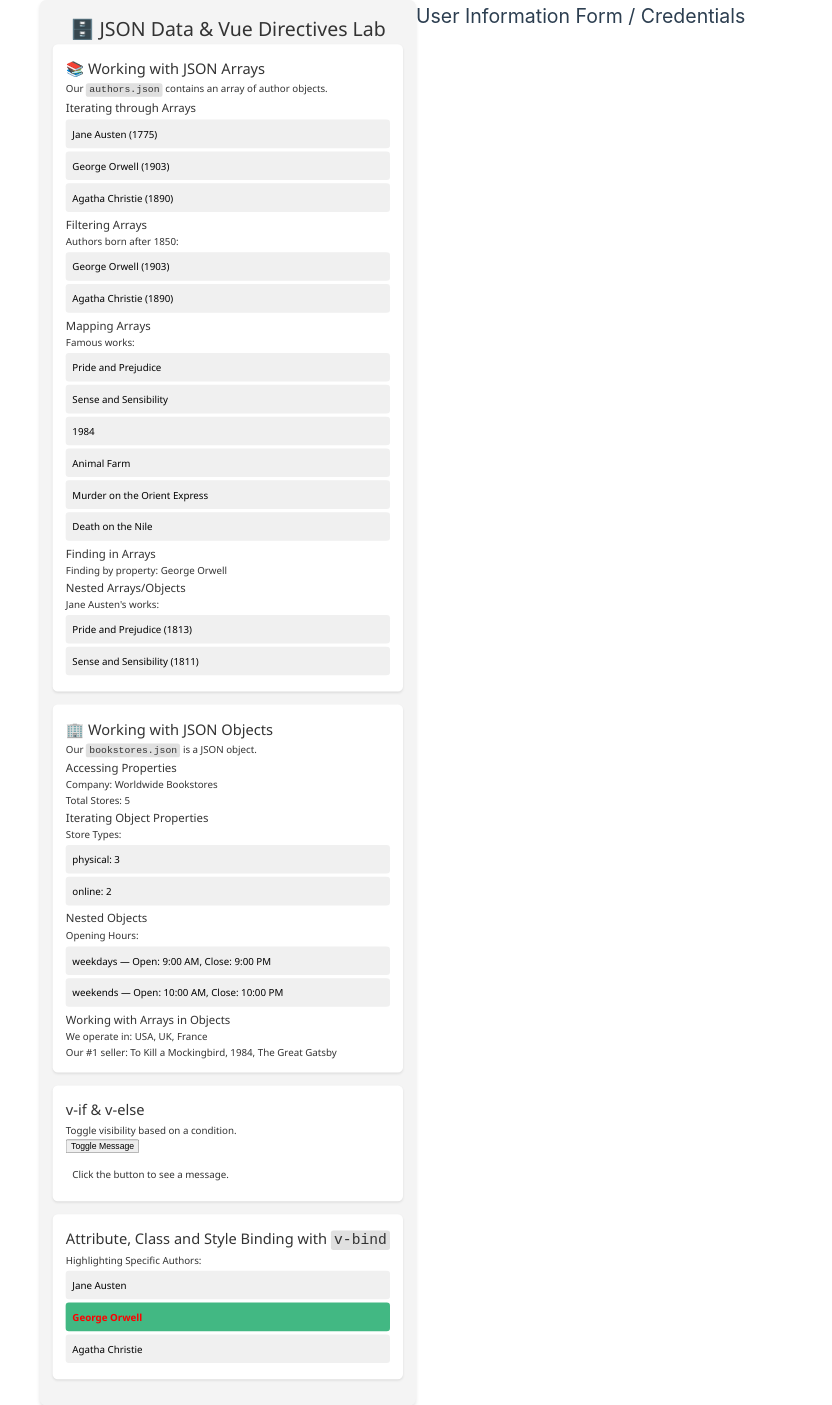
Repository: Andrew-JX/mji-library
Page: /
An editor plug-in stored every save of this project. The page is shown before and after the next save, followed by the edit.
The browser window is 1280 px wide. The pictures show the whole page, at 65% of full size.
The project was rebuilt for these pictures with package versions that can differ from the ones it lists, and the page was loaded fresh each time. Also part of the build but not shown: vite.config.js.

Above is the page before, as saved 2025-08-11 22:51:55.

After the next save:
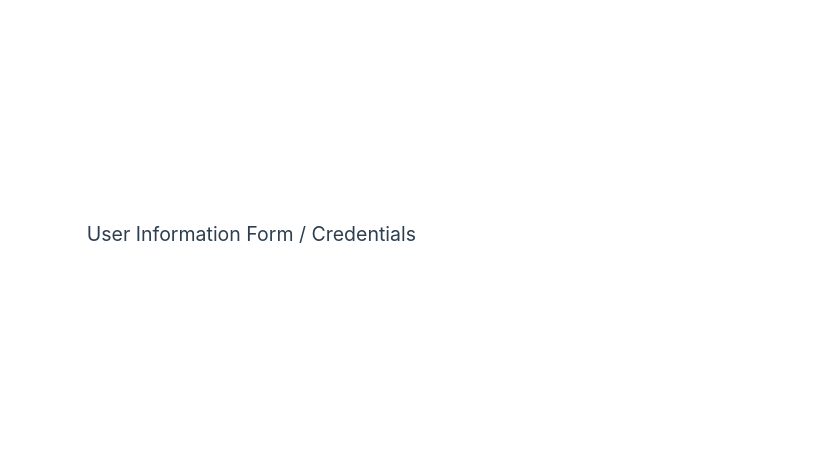
Saved 100 s later.
--- a/src/App.vue
+++ b/src/App.vue
@@ -4,7 +4,7 @@ import Form from "./components/Form.vue";
 </script>
 
 <template>
-  <JSONView />
+  <!-- <JSONView /> -->
   <Form />
 </template>
 
